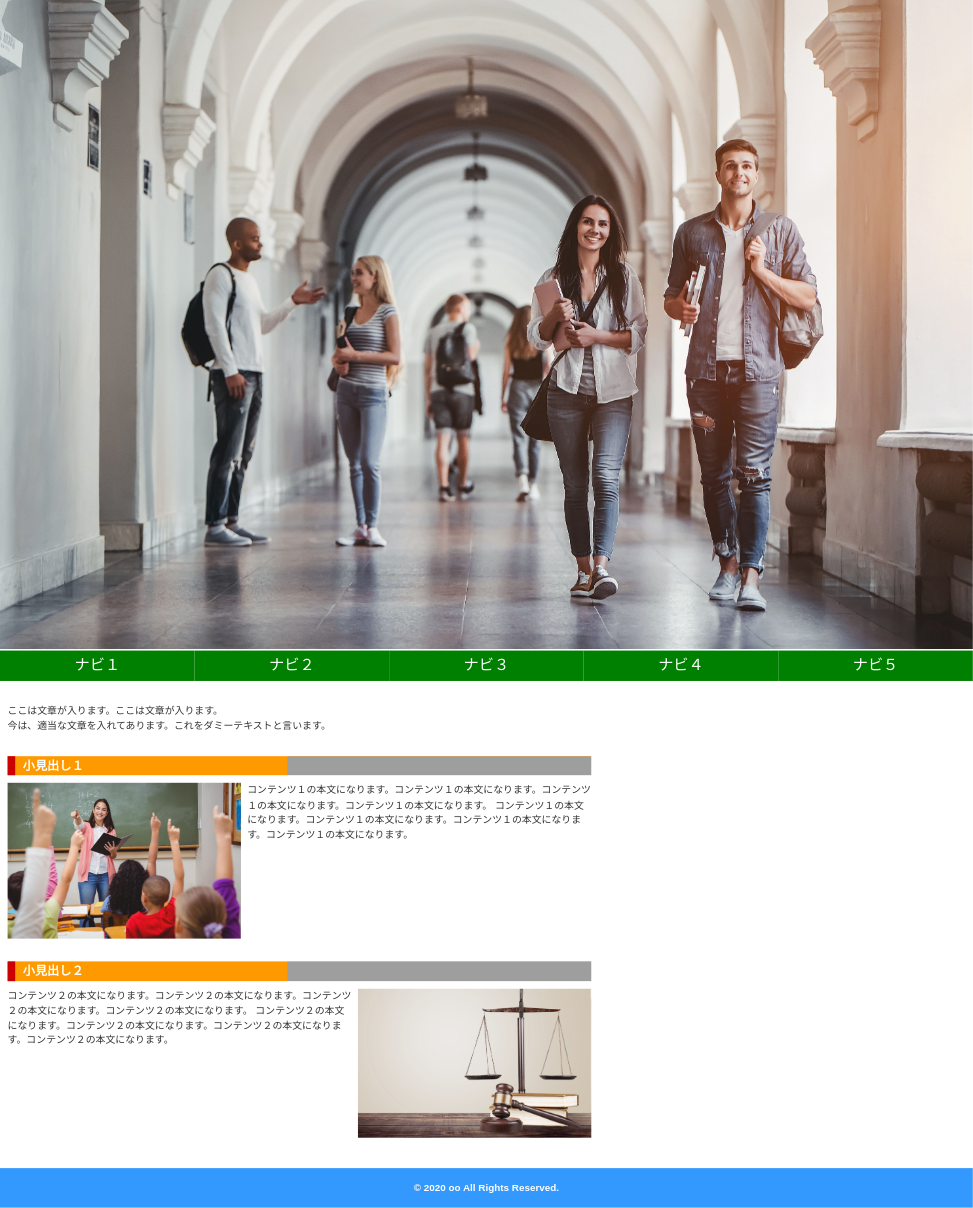
Repository: komikomi650/samurai_HTML-CSS
Page: samurai_html_4/home.html
The author's editor kept a record of every edit. The page is drawn from the files as they stood at one moment, then again after the next edit.
The browser window is 1280 px wide. The pictures show the whole page, at 76% of full size.
Pictures or frames that could not be fetched are drawn as grey boxes.

Above is the page before.

### samurai_html_4/home.html
<!DOCTYPE html>
<html lang="ja">
<head>
    <meta charset="UTF-8">
    <title>HTML/CSSの学習</title>
    <link rel="stylesheet" href="stylesheet.css">
</head>
<body>
    <div id="header">
        <h1><a href="index.html"><img id="corridor" src="images/corridor.jpg" alt="大学の廊下"></a></h1>
    </div>
    <div id="wrapper">
        <div id="nav">
            <ul>
                <li><a href="home.html">ナビ１</a></li>
                <li><a href="#">ナビ２</a></li>
                <li><a href="#">ナビ３</a></li>
                <li><a href="#">ナビ４</a></li>
                <li><a href="#">ナビ５</a></li>
            </ul>
        </div>
    </div>
    <div id="container">
        <div id="main">
            <div class="post">
                <p>ここは文章が入ります。ここは文章が入ります。<br />今は、適当な文章を入れてあります。これをダミーテキストと言います。</p>
            </div>
            <div class="post clearfix">
                <h2>小見出し１</h2>
                <img class="left" src="images/classroom.jpg" alt="授業風景">
                <p>
                    コンテンツ１の本文になります。コンテンツ１の本文になります。コンテンツ１の本文になります。コンテンツ１の本文になります。
                    コンテンツ１の本文になります。コンテンツ１の本文になります。コンテンツ１の本文になります。コンテンツ１の本文になります。
                </p>
            </div>
            <div class="post clearfix">
                <h2>小見出し２</h2>
                <img class="right" src="images/scale.jpg" alt="天秤">
                <p>
                    コンテンツ２の本文になります。コンテンツ２の本文になります。コンテンツ２の本文になります。コンテンツ２の本文になります。
                    コンテンツ２の本文になります。コンテンツ２の本文になります。コンテンツ２の本文になります。コンテンツ２の本文になります。
                </p>
            </div>
        </div>
    </div>
    <div id="footer">
        <p>&copy; 2020 oo All Rights Reserved.</p>
    </div>
</body>
</html>

### samurai_html_4/stylesheet.css
@charset "utf-8";

body {
    margin: 0 ;
    padding: 0;
    font-family: "ヒラギノ角ゴ Pro W3", "Hiragino kaku Gothic Pro", "メイリオ", Meiryo, Osaka, "ＭＳ Ｐゴシック", "MS PGothic", sans-serif;
    color: #333;
    font-size: 13px;
    line-height: 150%;
}
/*--------------------------wrapper ----------------------*/
#wrapper{
    width: 100%;
    margin: auto;
    padding: 0px;
    border: 0px;
    background-color: #FFF;
    top: 10px;
}

/*--------------------------header ----------------------*/
#header {
    width: 100%;
}
#header h1 {
    margin: 0;
    padding: 0;
}
#corridor {
    width: 100%;
    height: auto;
}

/*--------------------------footer ----------------------*/
#footer {
    clear: both;
    width: 100%;
    padding: 3px 0 3px 0;
    background: #39F;
    color: #FFF;
    font-weight: bold;
    text-align: center;
}

/*--------------------------NAV----------------------*/
#nav {
    width: 100%;
}
#nav ul {
    margin: 0;
    padding: 0;
    list-style-type: none;
}
#nav ul li {
    float: left;
    width: 20%;
    text-align: center;
}
#nav ul li a {
    display: block;
    height: 20px;
    margin: 0;
    padding: 10px;
    color: #FFF;
    font-size: 20px;
    text-decoration: none;
    background-color: green;
}
#nav ul li a:hover{
    filter: drop-shadow(10px 10px 10px black);
}
/*--------------------------Container----------------------*/
#container {
    width: 100%;
    margin: auto;
    padding: auto;
    padding-top: 20px;
    clear: both;
}
/*--------------------------Main----------------------*/
#main {
    float: left;
    width: 60%;
    padding: 10px 30px 10px 10px;
}
#main h2 {
    margin: 0 0 10px 0;
    padding: 3px 10px 3px 10px;
    color: #FFF;
    font-size: 16px;
    border-left: solid 10px #C00;
    background: #F90 url(../images/main_h2.jpg) right top repeat-y;
}
#main p {
    margin: 0;
    padding: 0;
}
#main .post {
    margin: 0 0 30px 0;
}
#main .post img.right {
    margin: 0 0 0 8px;
}
#main .post img.left {
    margin: 0 8px 0 0 ;
}

.right {
    float: right;
    width: 40%;
    height: auto;
}
.left {
    float: left;
    width: 40%;
    height: auto;
}

/*--------------------------clearfix----------------------*/
.clearfix {
    zoom: 1;
}
.clearfix:after{
    content: "";
    display: block;
    clear: both;
}
/*--------------------------side----------------------*/
#side {
    float: right;
    width: 30%;
    padding: 20px;
    background-color: #F99;
}
#side .box {
    margin: 0 auto 30px auto;
    padding: 0 0 20px 0;
    background: url(images/side_box.png) bottom no-repeat;
}
#side .box h2 {
    margin: 0;
    padding: 8px;
    text-align: center;
    color: #fff;
    font-size: 16px;
    line-height: 16px;
    font-weight: normal;
    background: url(images/side_box_h2.png) center no-repeat;
}
#side .box .boxBody {
    padding: 8px;
    border-right: solid 1px #C36;
    border-bottom: solid 1px #C36;
    border-left: solid 1px #C36;
    background: #fff;
}
#side .box .boxBody ul {
    margin: 0 0 16px 0;
    padding: 0;
}
#side .box .boxBody ul li {
    padding: 8px 0 8px 0;
    list-style: none;
    border-bottom: solid 1px #C36;
}
#side .box .boxBody ul li:hover{
    padding: 8px 0 8px 4px;
    list-style: none;
    border-bottom: solid 1px #C36;
    box-shadow: 0px 4px 4px rgda(0, 0, 0, 0.3);
}

After the next edit:
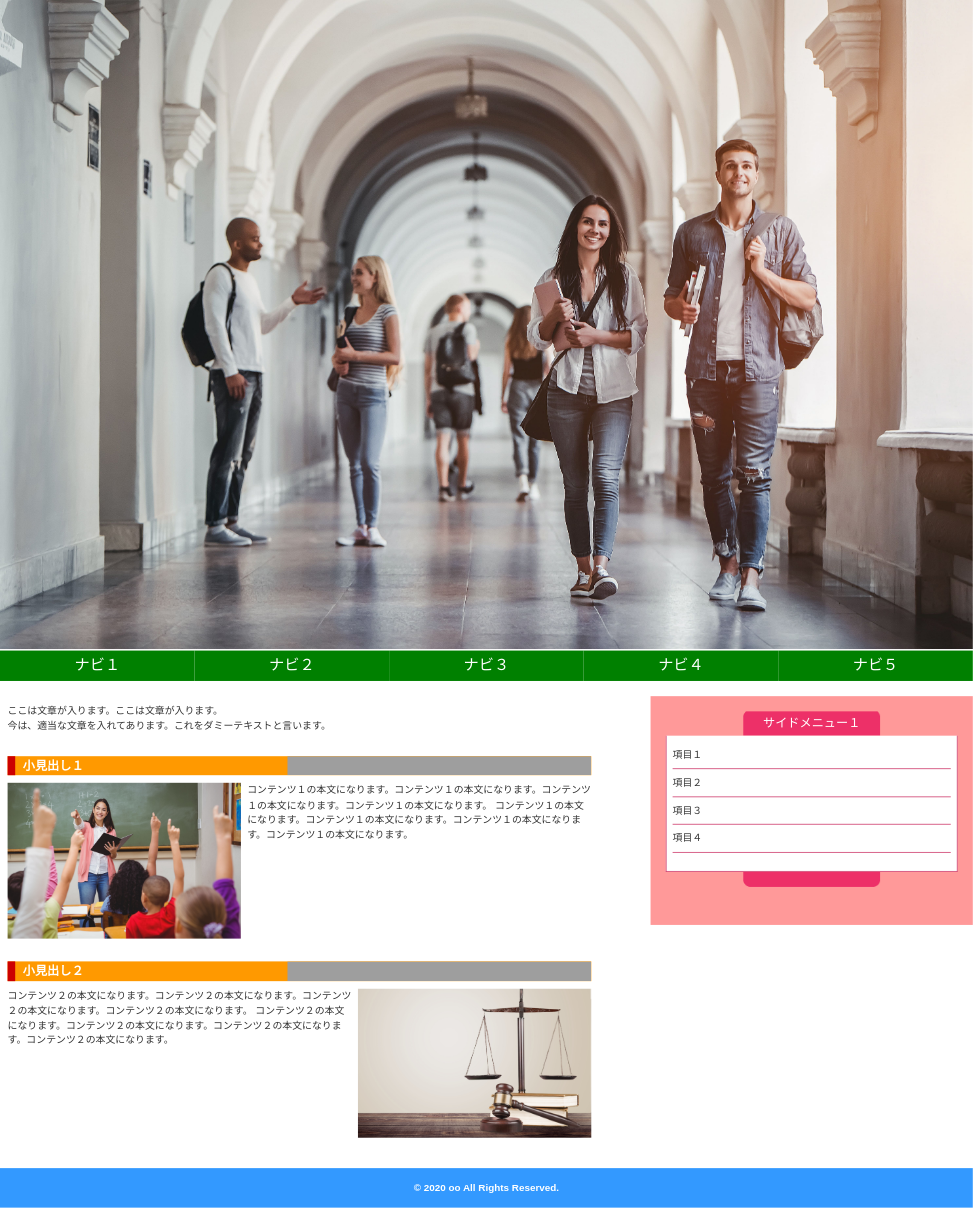
The edit:
--- a/samurai_html_4/home.html
+++ b/samurai_html_4/home.html
@@ -42,6 +42,19 @@
                 </p>
             </div>
         </div>
+        <div id="side">
+            <div class="box">
+                <h2>サイドメニュー１</h2>
+                <div class="boxBody">
+                    <ul>
+                        <li>項目１</li>
+                        <li>項目２</li>
+                        <li>項目３</li>
+                        <li>項目４</li>
+                    </ul>
+                </div>
+            </div>
+        </div>
     </div>
     <div id="footer">
         <p>&copy; 2020 oo All Rights Reserved.</p>
